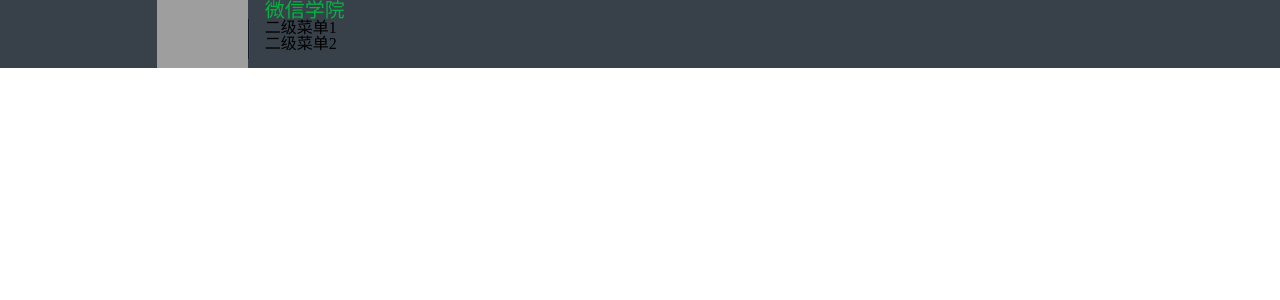
Repository: A1LExX/H5_study_set
Page: tencentUniversity/index.html
An editor plug-in stored every save of this project. The page is shown before and after the next save, followed by the edit.
The browser window is 1280 px wide. The pictures show the whole page.
Pictures or frames that could not be fetched are drawn as grey boxes.

Above is the page before, as saved 2021-07-03 10:19:17.

After the next save:
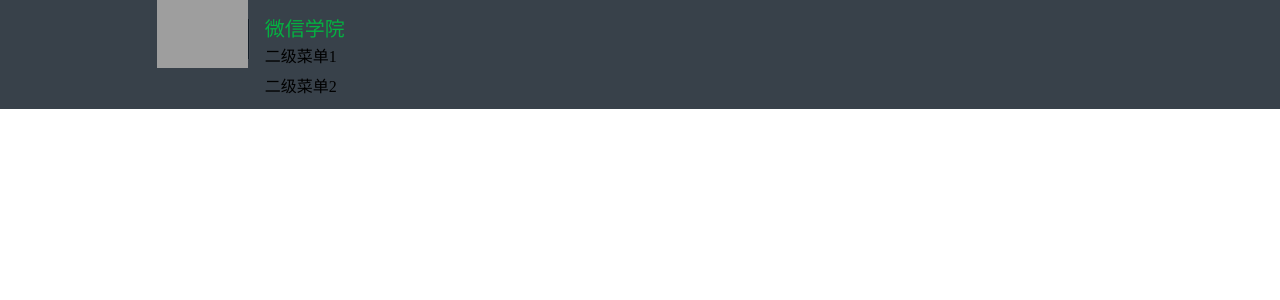
Saved 60 s later.
--- a/tencentUniversity/css/index.css
+++ b/tencentUniversity/css/index.css
@@ -2,7 +2,7 @@
  * @author [Alex Wei]
  * @email [w2262196@outlook.com]
  * @create date 2021-07-03 09:46:10
- * @modify date 2021-07-03 10:19:17
+ * @modify date 2021-07-03 10:20:17
  * @desc [description]
  */
 /* 版心 */
@@ -72,9 +72,9 @@
     font-size: 20px;
 }
 
-.downList ul[
-
-]
+.downList ul{
+    margin-top: 19px;
+}
 
 .downList li{
    width: 80px;
